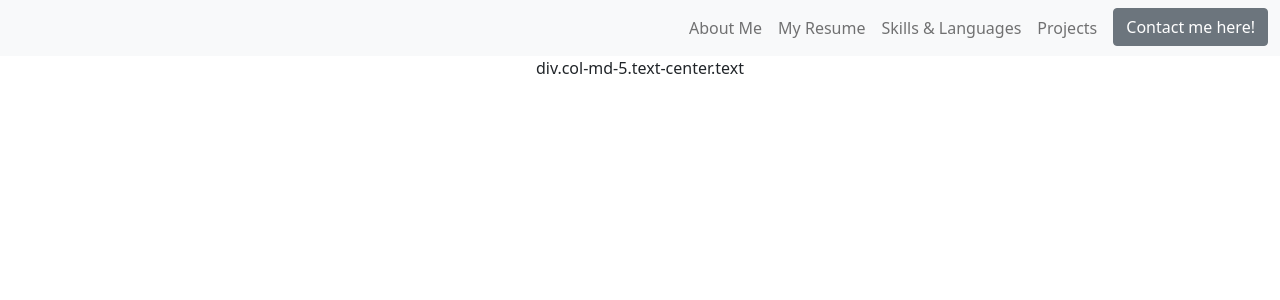
Repository: rihebtlh/portfolio
Page: new.html
An editor plug-in stored every save of this project. The page is shown before and after a run of saves, followed by the edit.
The browser window is 1280 px wide. The pictures show the whole page.

Above is the page before, as saved 2025-07-01 16:53:46.

After the next 3 saves:
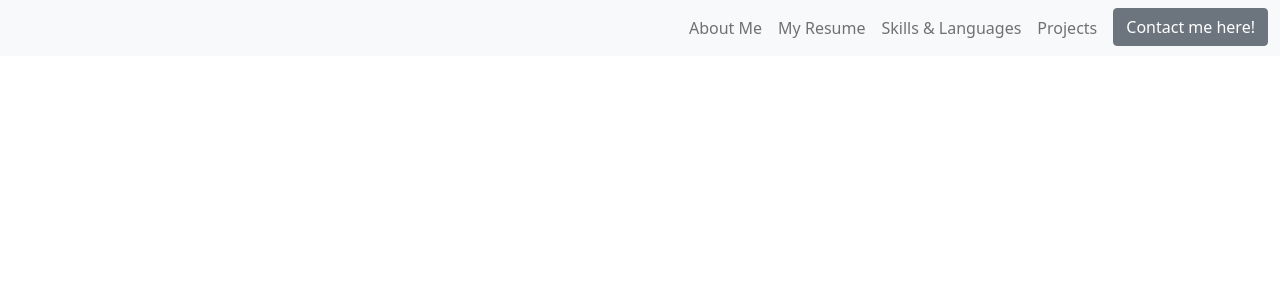
The 3 saves are shown as one change because they came seconds apart.
The last was saved 10 s later.
--- a/new.html
+++ b/new.html
@@ -45,7 +45,9 @@
   <section class="head">
     <div class="container-lg">
         <div class="row justify-content-center align-items-center">
-            div.col-md-5.text-center.text
+            <div class="col-md-5 text-center text-md-start">
+
+            </div>
         </div>
     </div>
   </section>
